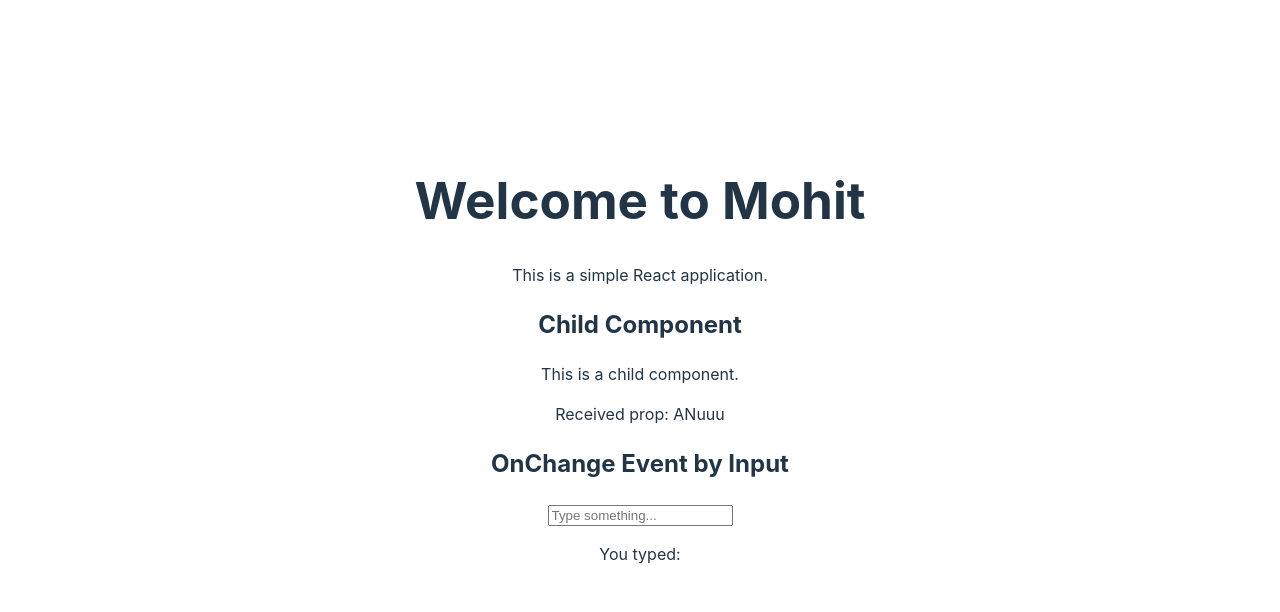
Repository: Mohitkumar1322/ReactTut
Page: / (app in MohitDecode/)
These files come from the project's save history. The page is drawn as it stood at one moment and after a run of saves; the edit follows.
The browser window is 1280 px wide. The pictures show the whole page.
The project was rebuilt for these pictures with package versions that can differ from the ones it lists, and the page was loaded fresh each time. Also part of the build but not shown: MohitDecode/vite.config.js.

Above is the page before, as saved 2025-08-01 13:32:15.

### MohitDecode/src/App.jsx

import './App.css'
import OnchangeEventByInput from './OnchangeEventByInput'
import ChildrenComponent from './ChildComponent'



function App() {
  // let user={
  //   name: "Mohit",
  //   age: 20,
  //   email: "mohit@example.com"
  // }

  // function add(x,y){
  //   return x+y;
  // }

  return (
    <>
      {/* <h1>User Information</h1>
      <p>Name: {user.name}</p>
      <p>Age: {user.age}</p>
      <p>Email: {user.email}</p>
      <p>Sum of 5 and 10 is: {add(5, 10)}</p> */}

        <div >
        <h1>Welcome to Mohit</h1>
        <p>This is a simple React application.</p>

        <ChildrenComponent name="ANuuu" />
        {/* this is props {name} */}

        <OnchangeEventByInput />
        {/* This is a component that handles input change events */}
      </div>

    </>
  )
}

export default App

### MohitDecode/src/OnchangeEventByInput.jsx
import { useState } from 'react';

function OnchangeEventByInput() {
    const [name, setName] = useState('');
    // useState is a hook that allows you to add state to functional components
    const handleChange =(e)=>{
        console.log(e.target.value);
        setName(e.target.value);
    }
    return(

        <div>
            <h2>OnChange Event by Input </h2>
            <input type ="text" value={name} onChange={handleChange} placeholder="Type something..." />

            <p>You typed: {name}</p>
        </div>
    )
}


export default OnchangeEventByInput;

### MohitDecode/src/ChildComponent.jsx
const ChildrenComponent = (props) => {
  console.log("Props received in ChildComponent:", props);
  return (
    <div>
      <h2>Child Component</h2>
      <p>This is a child component.</p>

      {/* this is props {props.name} and coming from App.jsx where name is passed as "ANuuu" */}
      <p>Received prop: {props.name}</p>
    </div>
  );
}



export default ChildrenComponent;

Loaded but not shown: MohitDecode/index.html (common file); MohitDecode/src/main.jsx (common file); MohitDecode/src/index.css (common file); MohitDecode/src/App.css (common file)

After the next 4 saves:
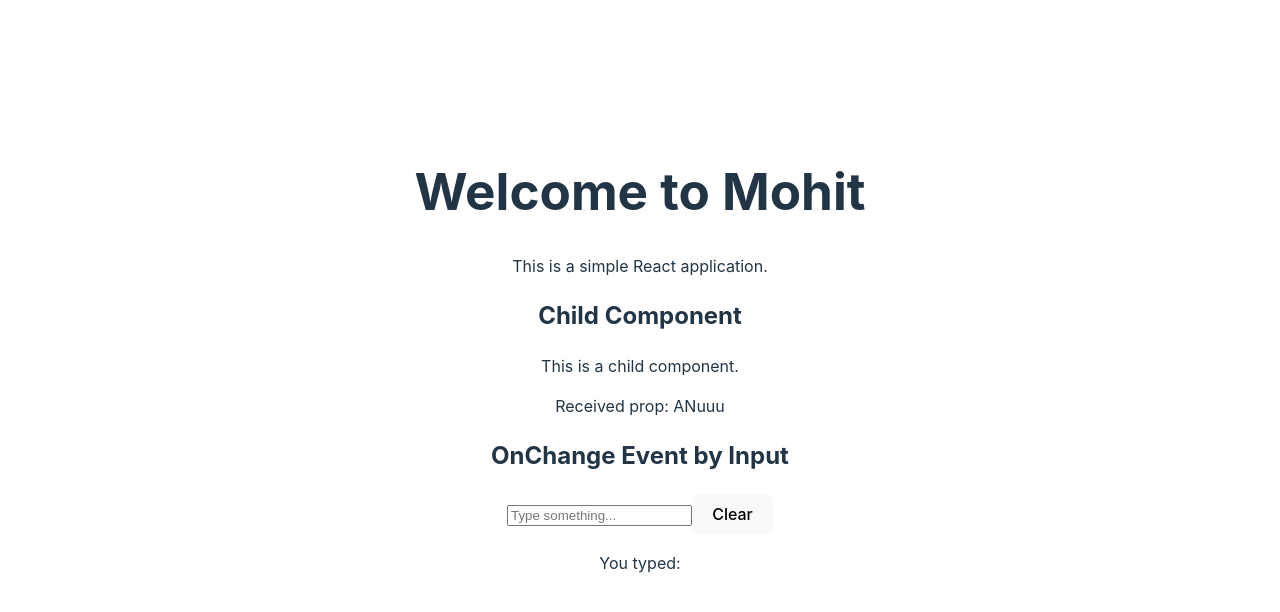
The 4 saves are shown as one change because they came seconds apart.
The last was saved 4 min 51 s later.
--- a/MohitDecode/src/OnchangeEventByInput.jsx
+++ b/MohitDecode/src/OnchangeEventByInput.jsx
@@ -12,7 +12,7 @@ function OnchangeEventByInput() {
         <div>
             <h2>OnChange Event by Input </h2>
             <input type ="text" value={name} onChange={handleChange} placeholder="Type something..." />
-
+            <button onClick={()=>setName('')}>Clear</button>
             <p>You typed: {name}</p>
         </div>
     )
